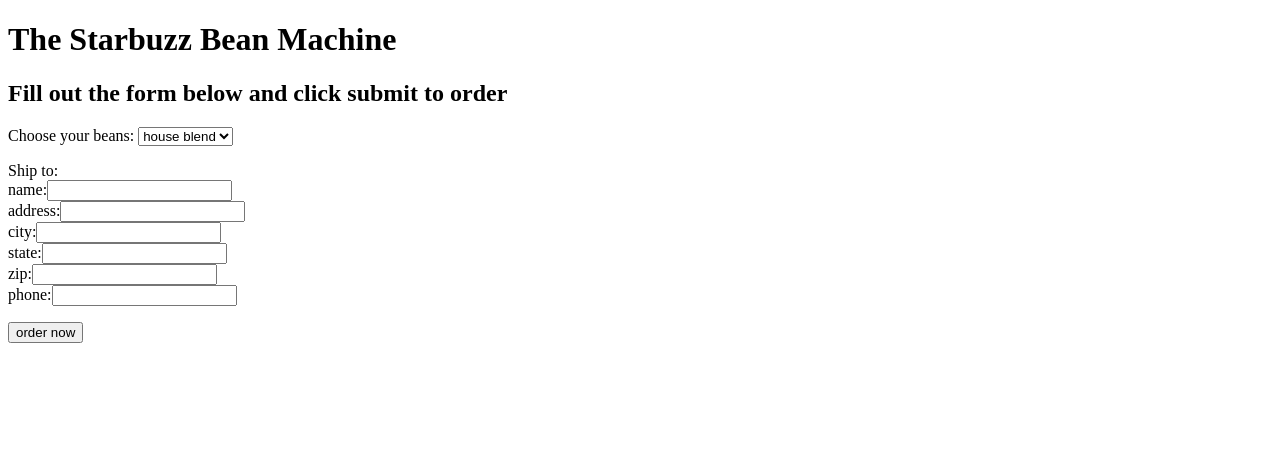
Repository: Dearning/head-first-html-css
Page: chapter14/starbuzz/form.html
An editor plug-in stored every save of this project. The page is shown before and after the next save, followed by the edit.
The browser window is 1280 px wide. The pictures show the whole page.

Above is the page before, as saved 2021-09-29 19:48:01.

After the next save:
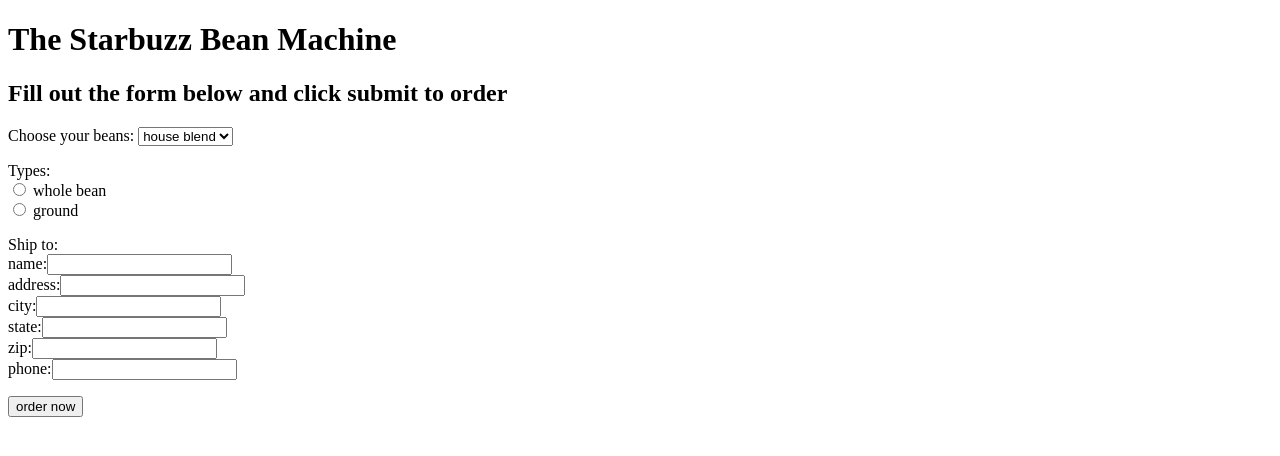
Saved 3 min 40 s later.
--- a/chapter14/starbuzz/form.html
+++ b/chapter14/starbuzz/form.html
@@ -18,6 +18,10 @@
           <option value="ken">ken</option>
         </select>
       </p>
+      <p>Types: <br>
+        <input type="radio" name="beantype" value="whole"> whole bean<br>
+        <input type="radio" name="beantype" value="ground"> ground<br>
+      </p>
       <p>
         Ship to: <br>
         name:<input type="text" name="name"><br>
